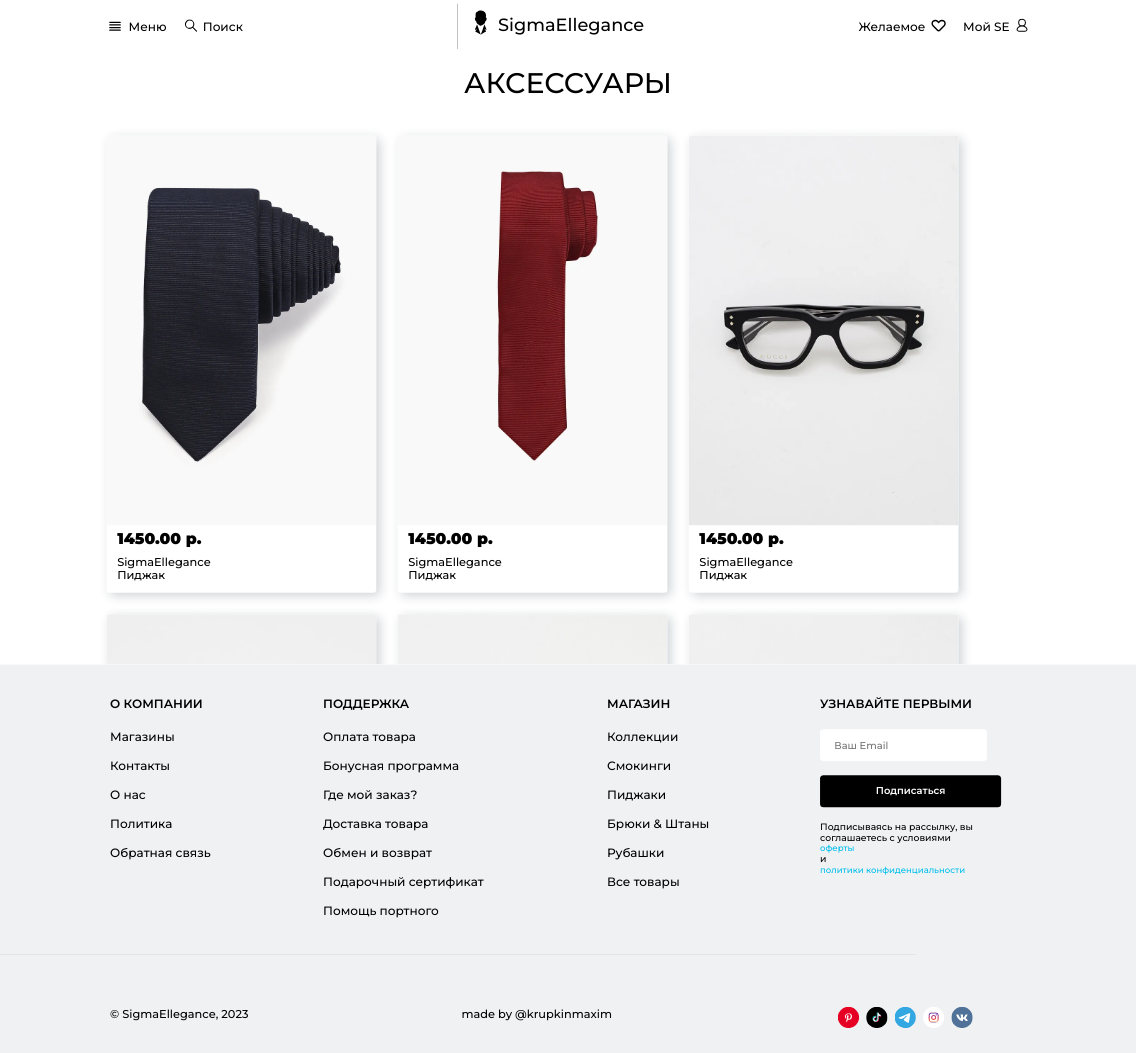
Repository: MaksimKrupkin/SigmaEllegance
Page: /goodspage/accessories
These files come from the project's save history. The page is drawn as it stood at one moment and after the next save; the edit follows.
The browser window is 1280 px wide. The page is 1600 px wide, so the pictures cover 1600 px, including what lies to the right of the window. The pictures show the whole page, at 71% of full size.
Some web fonts or font styles are not loaded; a fallback is used. The project was rebuilt for these pictures with package versions that can differ from the ones it lists, and the page was loaded fresh each time. Requests to the local data server were answered from the project's data file. Also part of the build but not shown: src/Components/SideBar/SideBar.module.css, src/Components/SideBar/SideBar.jsx, src/Pages/HomePage.module.css, src/Components/SliderWrapper/SliderWrapper.module.css, src/Components/SliderCard/SliderCard.module.css, src/Components/SliderCard/SliderCard.jsx, src/Components/LeftArrow/LeftArrow.module.css, src/Components/LeftArrow/LeftArrow.jsx and 18 more.

Above is the page before, as saved 2023-12-12 22:20:58.

After the next save:
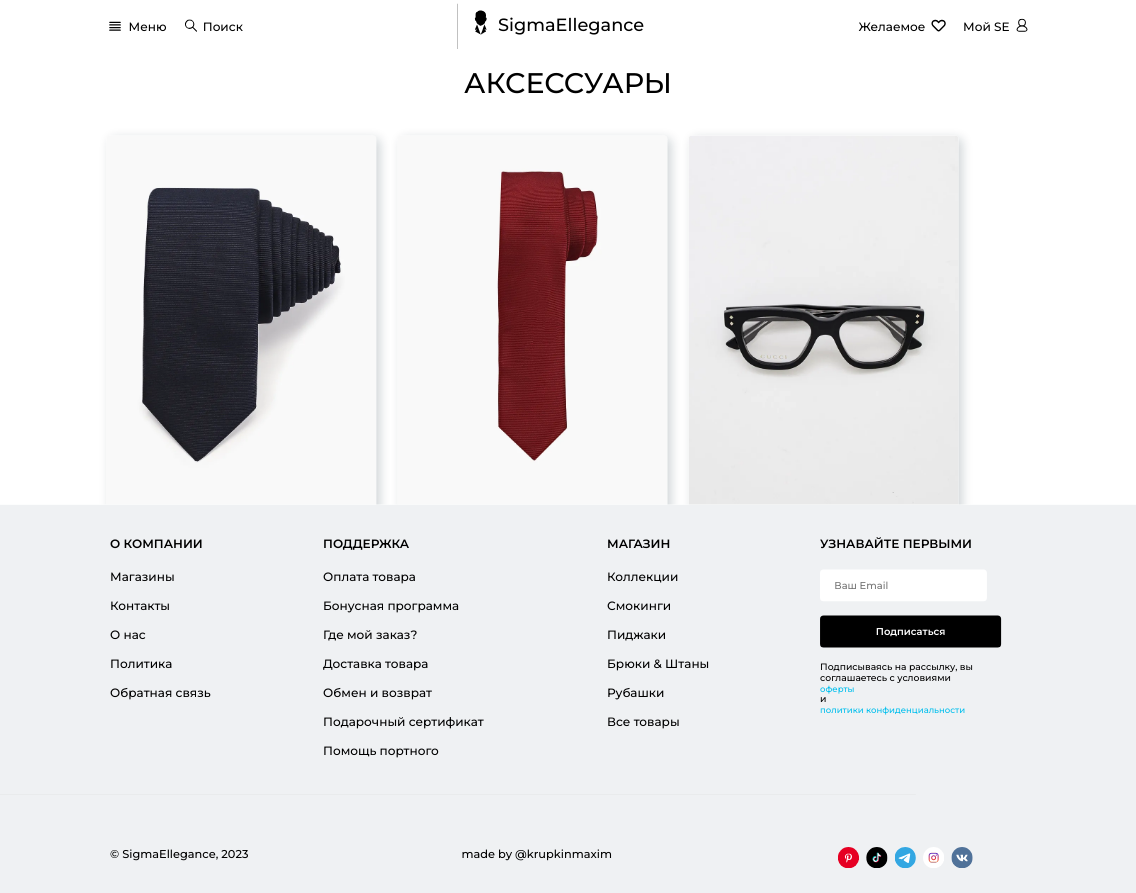
Saved 49 s later.
--- a/src/Pages/GoodsPage/GoodsPage.module.css
+++ b/src/Pages/GoodsPage/GoodsPage.module.css
@@ -1,7 +1,7 @@
 .main {
   display: flex;
   flex-direction: column;
-  min-height: 120vh;
+
   overflow-y: hidden;
 }
 .page_title {
